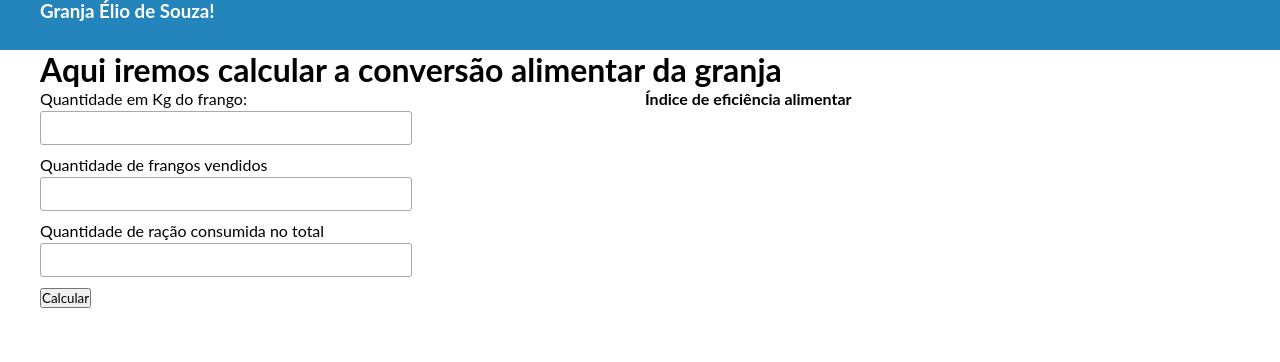
Repository: JoaoNahid/adminSystem
Page: /calculos (app in client/)
An editor plug-in stored every save of this project. The page is shown before and after the next save, followed by the edit.
The browser window is 1280 px wide. The pictures show the whole page.
The project was rebuilt for these pictures with package versions that can differ from the ones it lists, and the page was loaded fresh each time. Also part of the build but not shown: client/src/App.css, client/src/routes/login.js, client/src/routes/cadastro.js, client/src/routes/home.js, client/src/routes/404.js, client/src/routes/lote.js.

Above is the page before, as saved 2022-04-20 21:43:48.

### client/src/App.js
import logo from './logo.svg';
import React, { useState, useEffect } from "react"
import './App.css';
import './css/style.css';


// Router
import { BrowserRouter as Router, Route, Routes } from 'react-router-dom';
// Telas
import Login from './routes/login.js'
import Cadastro from './routes/cadastro.js'
import Home from './routes/home.js'
import Error from './routes/404.js'
import Header from './routes/header.js'
import Lote from './routes/lote.js'
import Calculos from './routes/calculos.js'

export default function App() {
  return (
    <Router>
      <div>
        <Header />
        <Routes>
          <Route exact path="/login" element={<Login />} />
          <Route exact path="/cadastro" element={<Cadastro />} />
          <Route exact path="/" element={<Home />} />
          <Route exact path="/home" element={<Home />} />
          <Route exact path="/lote/:id" element={<Lote />} />
          <Route exact path="/calculos" element={<Calculos />} />
          <Route path="*" element={<Error />} />
        </Routes>
      </div>
    </Router>
  )
}

### client/src/css/style.css
body{
  margin: 0;
  padding: 0;
  font-family: 'Lato', sans-serif;
}
*{
  margin: 0;
  padding: 0;
  font-family: 'Lato', sans-serif;
}
:root{
  --cor1: #099c22;
  --cor2: #424242;
}

@import url('https://fonts.googleapis.com/css2?family=Lato:ital,wght@0,100;0,300;0,400;0,700;0,900;1,100;1,300;1,400;1,700;1,900&display=swap');


.container{
  width: calc(100% - 80px);
  padding: 0 15px;
  margin: 0 auto;
}
.nomePagina{
  padding: 8px 0;
  margin-bottom: 15px;
  background-color: #fff;
  display: flex;
  flex-direction: row;
  justify-content: space-between;
  align-items: center;
}

.tituloPagina{
  color: var(--cor2);
  font-size: 30px;
}
.mostrarEstatisticas{
  color: var(--cor2);
  font-size: 30px;
  cursor: pointer;
  transform: rotate(180deg);
}
.flexBox{
  display: flex;
}
.flexRow{
  flex-direction: row;
}
/* SIDEBAR */
.sidebar{
  position: fixed;
  top: 0;
  bottom: 0;
  height: auto;
  width: 70px;
  background-color: var(--cor2);
  box-shadow: 10px 0 0 var(--cor1);
  overflow: hidden;
  transition: 0.5s;
  z-index: 2;
}
.sidebar:hover{
  width: 300px;
}
.sidebar ul{
  position: absolute;
  top: 200px;
  left: 0;
  width: 100%;
  padding-left: 5px;
}
.sidebar ul li{
  position: relative;
  list-style: none;
  width: 100%;
  border-top-left-radius: 20px;
}
.sidebar ul li a{
  position: relative;
  display: flex;
  width: 100%;
  text-decoration: none;
  color: #fff;
}
.sidebar .iconeSidebar{
  position: relative;
  display: block;
  min-width: 60px;
  height: 60px;
  text-align: center;
  line-height: 70px;
}
.sidebar .iconeSidebar ion-icon{
  position: relative;
  font-size: 1.5rem;
  z-index: 1;
}
.sidebar .tituloSidebar{
  position: relative;
  display: block;
  padding-left: 10px;
  height: 60px;
  line-height: 60px;
  white-space: nowrap;
}
.sidebar .active{
  background: var(--cor1);
}
.perfilUsuario{
  position: relative;
  top: 30px;
  display: flex;
  flex-direction: column;
  justify-content: center;
  align-items: center;
}
.fotoUsuario{
  width: 50px;
  height: 50px;
  border-radius: 50%;
  background-size: cover !important;
  background-repeat: no-repeat !important;
  background-position: center !important;
  transition: 0.6s;
}
.sidebar:hover .fotoUsuario{
  width: 100px;
  height: 100px;
}
.sidebar:hover .nomeUsuario,
.sidebar:hover .funcaoUsuario{
  visibility: visible;
  opacity: 1;
  transition: visibility 0s, opacity 0s linear;
}
.nomeUsuario{
  color: #fff;
  font-size: 20px;
  margin-top: 6px;
  visibility: hidden;
  opacity: 0;
  transition: visibility 0s, opacity 0s linear;
}
.funcaoUsuario{
  color: #fff;
  font-size: 15px;
  visibility: hidden;
  opacity: 0;
  transition: visibility 0s, opacity 0s linear;
}
/* FIM SIDEBAR */

/* DASHBOARD */
.areaBlocosEstatisticas{
  display: grid;
  grid-template-columns: repeat(4, 1fr);
  justify-content: center;
  gap: 20px;
  flex-direction: row;
}
@media(max-width: 1064px){
  .areaBlocosEstatisticas{
    grid-template-columns: repeat(2, 1fr);
  }
}
@media(max-width: 651px){
  .areaBlocosEstatisticas{
    grid-template-columns: 1fr;
  }
}
.blocoEstatistica{
  width: auto;
  height: 150px;
  background: var(--cor2);
  color: #fff;
  border-bottom: 3px solid var(--cor1);
  border-top-left-radius: 20px;
  border-top-right-radius: 20px;
  display: flex;
  flex-direction: column;
  justify-content: space-between;
  align-items: center;
  padding: 8px 12px;
}
.tituloEstatistica{
  font-size: 25px;
  text-transform: capitalize;
}
.conteudoEstatistica{
  display: flex;
  flex-direction: row;
  align-items: center;
  justify-content: space-between;
  width: 100%;
  padding-bottom: 25px;
}
.iconeEstatistica{
  width: 85px;
  font-size: 50px;
  z-index: 0;
}
.dadosEstatistica{
  text-align: center;
  width: 100%;
  font-size: 60px;
  color: #fff;
}
.exibirMenu{
  margin-top: -1000px !important;
  transition: .3s;
}
.rotacionarBtn{
  transform: rotate(180deg);
  transition: .7s ease-in;
}
/* FIM DASHBOARD */

/* LOGIN */
#bgAreaLogin{
  background: rgb(9,156,34);
  background: linear-gradient(0deg, rgba(9,156,34,1) 0%, rgba(66,66,66,1) 100%);
  width: 100%;
  height: 100vh;
}
#areaLogin{
  position: absolute;
  top: 0;
  bottom: 0;
  right: 0;
  left: 0;
  margin: auto auto;
  width: 350px;
  height: 400px;
  box-shadow: rgba(0, 0, 0, 0.1) 0px 10px 15px -3px, rgba(0, 0, 0, 0.05) 0px 4px 6px -2px;
  background-color: #fff;
}
.formLogin{
  padding: 15px 45px ;
  display: flex;
  flex-direction: column;
  gap: 15px;
  align-items: center;
  justify-content: center;
  height: 100%;
}
#areaLogin input{
  /* border-top: 0 none;
  border-right: 0 none;
  border-left: 0 none;
  border-color: var(--cor1); */
  border: 0 none;
  background: #42424255;
  color: var(--cor2);
  border-radius: 20px;
  padding: 8px 12px;
  font-size: 15px;
  width: calc(100% - 24px);
}
#areaLogin input::placeholder{
  color: #fff;
}
#areaLogin input:focus{
  outline: none;
}
.btnLogar{
  width: 100% !important;
  background-color: var(--cor2) !important;
  transition: .3s;
  color: #fff !important;
}
.btnLogar:hover{
  background-color: var(--cor1) !important;
  color: #fff !important;
  cursor: pointer;
}
.esqueciASenha{
  font-size: 13px;
  color: var(--cor2);
  text-decoration: none;
}
.esqueciASenha:hover{
  color: inherit;
}

/* FIM LOGIN */

/* Edição Site */
#areaTotalEdicaoSite{
  width: 100%;
}
.menuPaginas{
  display: flex;
  justify-content: center;
  flex-direction: row;
  margin-left: 230px;
  gap: 1px;
  background: var(--cor1);
}
.paginaEdicao{
  padding: 10px 10px;
  background-color: var(--cor2);
  color: #fff;
  width: 100%;
  text-align: center;
}
.paginaEdicao:hover{
  background: var(--cor1);
  cursor: pointer;
}
.menuSectionsPagina{
  width: 230px;
  display: flex;
  flex-direction: column;
  justify-content: center;
  background: var(--cor1);
}
.sectionEdicao{
  background: var(--cor2);
  color: #fff;
  width: calc(100% - 25px);
  text-align: left;
  padding: 16px 12px;
  text-decoration: none;
}
.sectionEdicao:hover{
  background: var(--cor1);
  cursor: pointer;
}
.boxFormEdicao{
  padding: 20px;
  width: calc(100% - 267px);
  border: solid 1px var(--cor2);
  border-left: solid 1px var(--cor1);
}
.tituloCampo{
  font-size: 18px;
  color: var(--cor2);
  margin-bottom: 10px;
}
.menuAtivo{
  background-color: var(--cor1);
}
/* Fim Edição Site */


/* INPUTS */
input:focus{
  outline: 0;
}
.formEdicao input{
  border-top: 0 none;
  border-right: 0 none;
  border-left: 0 none;
  border-bottom: 2px solid var(--cor2);
  padding: 0 5px 2px;
  font-size: 15px;
  transition: 0.3s;
  width: 100%;
}
.formEdicao input:focus{
  border-color: var(--cor1);
}
/* FIM INPUTS */

#headerArea{
  height: 50px;
  width: 100%;
  background-color: rgb(36, 133, 189);
  color: #fff;
}

/* PAGINA DE ERRO */
#errorPage{
  width: 100%;
  text-align: center;
  padding-top: 50px;
}

.inputsConversao{
  border: 1px solid #aaa8a8;
  border-radius: 3px;
  width: 350px;
  padding: 8px 10px;
  margin-bottom: 10px;
}
.tituloInput{
  margin-bottom: 3px;
}
#gridLotes{
  display: grid;
  grid-template-columns: repeat(4, 1fr);
  gap: 8px;
}
.boxLote{
  padding: 5px;
  text-align: left;

  color: #fff;
}
.loteFechado{
  background-color: rgb(230, 91, 109);
}
.loteAberto{
  background-color: rgb(36, 133, 189);
}
.boxConversao{
  flex-direction: row;
  justify-content: space-between;
  gap: 10px;
}
.flexChild100{
  width: 100%;
}

### client/src/routes/header.js
import React, { Component } from "react"

export default function Header() {

    return(
        <div id="headerArea">
            <div className="container">
                <h3>Granja Élio de Souza!</h3>
            </div>
        </div>
    )
}

### client/src/routes/calculos.js
import React, { Component, useState, useEffect } from "react"
import Axios from "axios"

export default function Calculos() {

    const [users, setUsers] = useState([])
    console.log(users)
    /* useEffect((e) => {
      e.preventDefault()
       Axios.get('http://localhost:3001/login').then((response) => {
           console.log(response)
           setUsers(response.data)
       })
   }) */

    function calcularConversao() {

    }



    return (
        <div>
            <div className="container">
                <h1>Aqui iremos calcular a conversão alimentar da granja</h1>
                <div className="flexBox boxConversao">
                    <div className="camposInputs flexChild100">
                        <p className="tituloInput">Quantidade em Kg do frango:</p>
                        <input type="text" className='inputsConversao' name='pesoFrango' defaultValue='' />
                        <p className="tituloInput">Quantidade de frangos vendidos</p>
                        <input type="number" className='inputsConversao' name='qtdFrangos' defaultValue='' />

                        <p className="tituloInput">Quantidade de ração consumida no total</p>
                        <input type="text" className='inputsConversao' name='qtdRacao' defaultValue='' />

                        <br />
                        <button onClick={calcularConversao()}>Calcular</button>
                    </div>
                    <div className="dadosConversao flexChild100">
                        <h4>Índice de eficiência alimentar</h4>
                    </div>
                </div>
            </div>
        </div>
    )
}

Loaded but not shown: client/public/index.html (common file); client/src/index.js (common file); client/src/index.css (common file); client/src/reportWebVitals.js (common file)

After the next save:
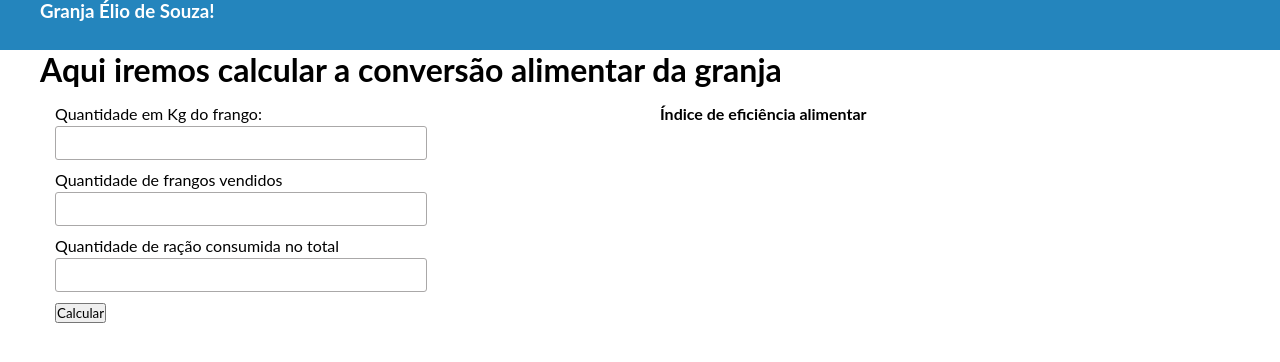
Saved 16 s later.
--- a/client/src/css/style.css
+++ b/client/src/css/style.css
@@ -411,4 +411,5 @@ input:focus{
 }
 .flexChild100{
   width: 100%;
-}
+  padding: 15px;
+}
